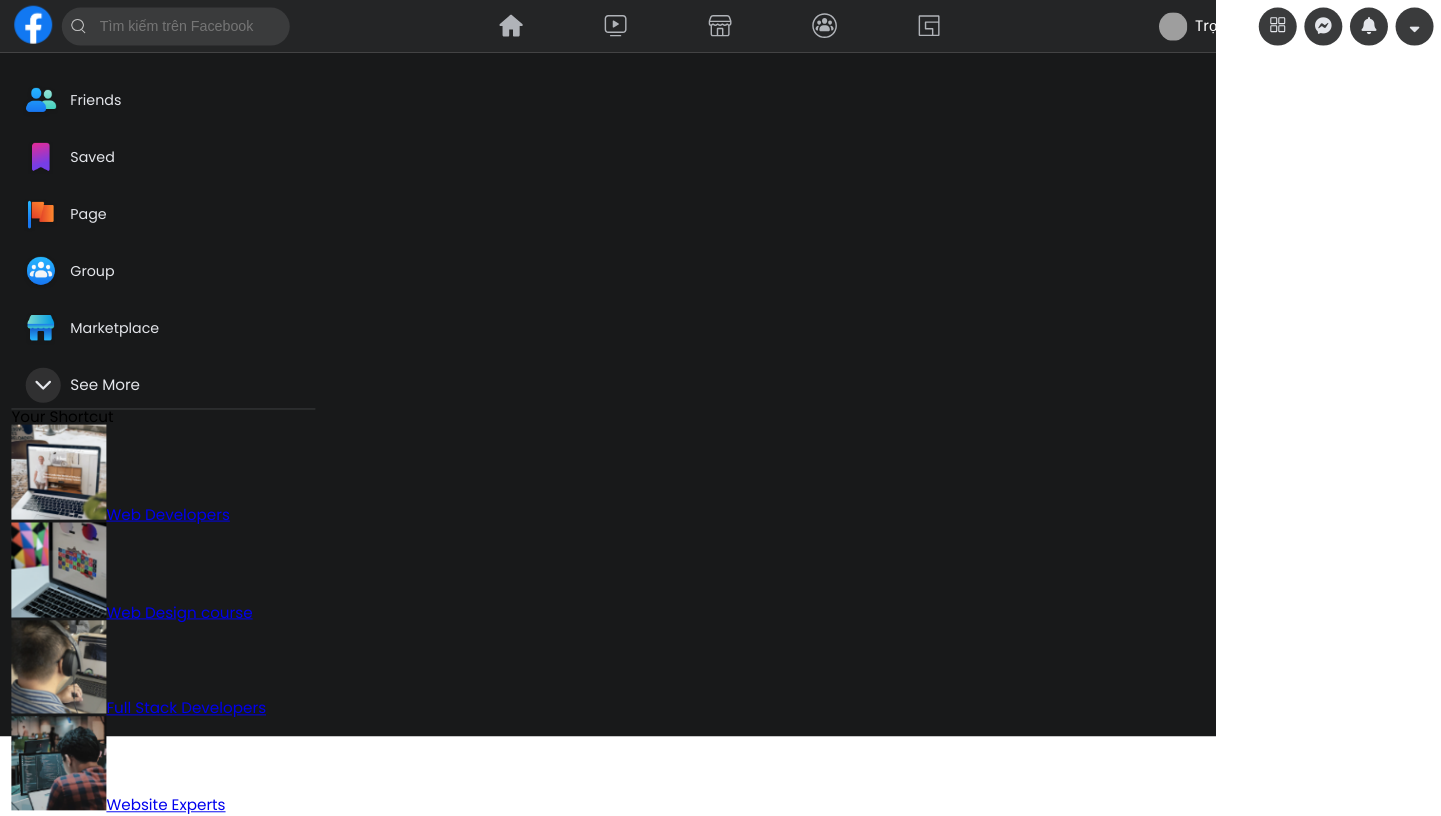
Repository: vanntrong/facebook-clone
Page: index.html
These files come from the project's save history. The page is drawn as it stood at one moment and after the next save; the edit follows.
The browser window is 1280 px wide. The page is 1517 px wide, so the pictures cover 1517 px, including what lies to the right of the window. The pictures show the whole page, at 95% of full size.
Pictures or frames that could not be fetched are drawn as grey boxes.

Above is the page before, as saved 2021-09-08 19:08:47.

### index.html
<!DOCTYPE html>
<html lang="en">
  <head>
    <meta charset="UTF-8" />
    <meta http-equiv="X-UA-Compatible" content="IE=edge" />
    <meta name="viewport" content="width=device-width, initial-scale=1.0" />
    <title>Facebook</title>
    <link rel="stylesheet" href="./assets/css/reset.css" />
    <link rel="stylesheet" href="./assets/css/base.css" />
    <link rel="stylesheet" href="./assets/css/style.css" />
    <link rel="stylesheet" href="./assets/fonts/fontawesome-free-5.15.4-web/css/all.css" />
    <script type="module" src="https://unpkg.com/ionicons@5.5.2/dist/ionicons/ionicons.esm.js"></script>
    <script nomodule src="https://unpkg.com/ionicons@5.5.2/dist/ionicons/ionicons.js"></script>
    <style>
      @import url("https://fonts.googleapis.com/css2?family=Poppins:wght@300;400;500;600;700&display=swap");
    </style>
  </head>
  <body>
    <!-- header -->
    <header class="header">
      <div class="header__nav-left">
        <div class="header__logo">
          <a href="" class="header__logo-link">
            <img src="./assets/images/logo.png" alt="Logo Facebook" class="header__logo-img" />
          </a>
        </div>
        <div class="header__search">
          <img src="./assets/images/search.png" class="header__search-img" />
          <input type="text" class="header__search-input" placeholder="Tìm kiếm trên Facebook" />
        </div>
      </div>

      <div class="header__nav-center">
        <ul class="header__nav-list">
          <li class="header__nav-item">
            <div class="header-item-link">
              <a href="#" class="header-item-icon">
                <svg viewBox="0 0 28 28" class="a8c37x1j ms05siws hwsy1cff b7h9ocf4 aaxa7vy3" height="28" width="28">
                  <path
                    d="M25.825 12.29C25.824 12.289 25.823 12.288 25.821 12.286L15.027 2.937C14.752 2.675 14.392 2.527 13.989 2.521 13.608 2.527 13.248 2.675 13.001 2.912L2.175 12.29C1.756 12.658 1.629 13.245 1.868 13.759 2.079 14.215 2.567 14.479 3.069 14.479L5 14.479 5 23.729C5 24.695 5.784 25.479 6.75 25.479L11 25.479C11.552 25.479 12 25.031 12 24.479L12 18.309C12 18.126 12.148 17.979 12.33 17.979L15.67 17.979C15.852 17.979 16 18.126 16 18.309L16 24.479C16 25.031 16.448 25.479 17 25.479L21.25 25.479C22.217 25.479 23 24.695 23 23.729L23 14.479 24.931 14.479C25.433 14.479 25.921 14.215 26.132 13.759 26.371 13.245 26.244 12.658 25.825 12.29"
                  ></path>
                </svg>
              </a>
            </div>
          </li>
          <li class="header__nav-item">
            <div class="header-item-link">
              <a href="#" class="header-item-icon">
                <svg viewBox="0 0 28 28" class="a8c37x1j ms05siws hwsy1cff b7h9ocf4 em6zcovv" height="28" width="28">
                  <path
                    d="M8.75 25.25C8.336 25.25 8 24.914 8 24.5 8 24.086 8.336 23.75 8.75 23.75L19.25 23.75C19.664 23.75 20 24.086 20 24.5 20 24.914 19.664 25.25 19.25 25.25L8.75 25.25ZM17.163 12.846 12.055 15.923C11.591 16.202 11 15.869 11 15.327L11 9.172C11 8.631 11.591 8.297 12.055 8.576L17.163 11.654C17.612 11.924 17.612 12.575 17.163 12.846ZM21.75 20.25C22.992 20.25 24 19.242 24 18L24 6.5C24 5.258 22.992 4.25 21.75 4.25L6.25 4.25C5.008 4.25 4 5.258 4 6.5L4 18C4 19.242 5.008 20.25 6.25 20.25L21.75 20.25ZM21.75 21.75 6.25 21.75C4.179 21.75 2.5 20.071 2.5 18L2.5 6.5C2.5 4.429 4.179 2.75 6.25 2.75L21.75 2.75C23.821 2.75 25.5 4.429 25.5 6.5L25.5 18C25.5 20.071 23.821 21.75 21.75 21.75Z"
                  ></path>
                </svg>
              </a>
            </div>
          </li>
          <li class="header__nav-item">
            <div class="header-item-link">
              <a href="#" class="header-item-icon">
                <svg viewBox="0 0 28 28" class="a8c37x1j ms05siws hwsy1cff b7h9ocf4 em6zcovv" height="28" width="28">
                  <path
                    d="M17.5 23.75 21.75 23.75C22.164 23.75 22.5 23.414 22.5 23L22.5 14 22.531 14C22.364 13.917 22.206 13.815 22.061 13.694L21.66 13.359C21.567 13.283 21.433 13.283 21.34 13.36L21.176 13.497C20.591 13.983 19.855 14.25 19.095 14.25L18.869 14.25C18.114 14.25 17.382 13.987 16.8 13.506L16.616 13.354C16.523 13.278 16.39 13.278 16.298 13.354L16.113 13.507C15.53 13.987 14.798 14.25 14.044 14.25L13.907 14.25C13.162 14.25 12.439 13.994 11.861 13.525L11.645 13.35C11.552 13.275 11.419 13.276 11.328 13.352L11.155 13.497C10.57 13.984 9.834 14.25 9.074 14.25L8.896 14.25C8.143 14.25 7.414 13.989 6.832 13.511L6.638 13.351C6.545 13.275 6.413 13.275 6.32 13.351L5.849 13.739C5.726 13.84 5.592 13.928 5.452 14L5.5 14 5.5 23C5.5 23.414 5.836 23.75 6.25 23.75L10.5 23.75 10.5 17.5C10.5 16.81 11.06 16.25 11.75 16.25L16.25 16.25C16.94 16.25 17.5 16.81 17.5 17.5L17.5 23.75ZM3.673 8.75 24.327 8.75C24.3 8.66 24.271 8.571 24.238 8.483L23.087 5.355C22.823 4.688 22.178 4.25 21.461 4.25L6.54 4.25C5.822 4.25 5.177 4.688 4.919 5.338L3.762 8.483C3.729 8.571 3.7 8.66 3.673 8.75ZM24.5 10.25 3.5 10.25 3.5 12C3.5 12.414 3.836 12.75 4.25 12.75L4.421 12.75C4.595 12.75 4.763 12.69 4.897 12.58L5.368 12.193C6.013 11.662 6.945 11.662 7.59 12.193L7.784 12.352C8.097 12.609 8.49 12.75 8.896 12.75L9.074 12.75C9.483 12.75 9.88 12.607 10.194 12.345L10.368 12.2C11.01 11.665 11.941 11.659 12.589 12.185L12.805 12.359C13.117 12.612 13.506 12.75 13.907 12.75L14.044 12.75C14.45 12.75 14.844 12.608 15.158 12.35L15.343 12.197C15.989 11.663 16.924 11.663 17.571 12.197L17.755 12.35C18.068 12.608 18.462 12.75 18.869 12.75L19.095 12.75C19.504 12.75 19.901 12.606 20.216 12.344L20.38 12.208C21.028 11.666 21.972 11.666 22.62 12.207L23.022 12.542C23.183 12.676 23.387 12.75 23.598 12.75 24.097 12.75 24.5 12.347 24.5 11.85L24.5 10.25ZM24 14.217 24 23C24 24.243 22.993 25.25 21.75 25.25L6.25 25.25C5.007 25.25 4 24.243 4 23L4 14.236C2.875 14.112 2 13.158 2 12L2 9.951C2 9.272 2.12 8.6 2.354 7.964L3.518 4.802C4.01 3.563 5.207 2.75 6.54 2.75L21.461 2.75C22.793 2.75 23.99 3.563 24.488 4.819L25.646 7.964C25.88 8.6 26 9.272 26 9.951L26 11.85C26 13.039 25.135 14.026 24 14.217ZM16 23.75 16 17.75 12 17.75 12 23.75 16 23.75Z"
                  ></path>
                </svg>
              </a>
            </div>
          </li>
          <li class="header__nav-item">
            <div class="header-item-link">
              <a href="#" class="header-item-icon">
                <svg viewBox="0 0 28 28" class="a8c37x1j ms05siws hwsy1cff b7h9ocf4 em6zcovv" height="28" width="28">
                  <path
                    d="M25.5 14C25.5 7.649 20.351 2.5 14 2.5 7.649 2.5 2.5 7.649 2.5 14 2.5 20.351 7.649 25.5 14 25.5 20.351 25.5 25.5 20.351 25.5 14ZM27 14C27 21.18 21.18 27 14 27 6.82 27 1 21.18 1 14 1 6.82 6.82 1 14 1 21.18 1 27 6.82 27 14ZM7.479 14 7.631 14C7.933 14 8.102 14.338 7.934 14.591 7.334 15.491 6.983 16.568 6.983 17.724L6.983 18.221C6.983 18.342 6.99 18.461 7.004 18.578 7.03 18.802 6.862 19 6.637 19L6.123 19C5.228 19 4.5 18.25 4.5 17.327 4.5 15.492 5.727 14 7.479 14ZM20.521 14C22.274 14 23.5 15.492 23.5 17.327 23.5 18.25 22.772 19 21.878 19L21.364 19C21.139 19 20.97 18.802 20.997 18.578 21.01 18.461 21.017 18.342 21.017 18.221L21.017 17.724C21.017 16.568 20.667 15.491 20.067 14.591 19.899 14.338 20.067 14 20.369 14L20.521 14ZM8.25 13C7.147 13 6.25 11.991 6.25 10.75 6.25 9.384 7.035 8.5 8.25 8.5 9.465 8.5 10.25 9.384 10.25 10.75 10.25 11.991 9.353 13 8.25 13ZM19.75 13C18.647 13 17.75 11.991 17.75 10.75 17.75 9.384 18.535 8.5 19.75 8.5 20.965 8.5 21.75 9.384 21.75 10.75 21.75 11.991 20.853 13 19.75 13ZM15.172 13.5C17.558 13.5 19.5 15.395 19.5 17.724L19.5 18.221C19.5 19.202 18.683 20 17.677 20L10.323 20C9.317 20 8.5 19.202 8.5 18.221L8.5 17.724C8.5 15.395 10.441 13.5 12.828 13.5L15.172 13.5ZM16.75 9C16.75 10.655 15.517 12 14 12 12.484 12 11.25 10.655 11.25 9 11.25 7.15 12.304 6 14 6 15.697 6 16.75 7.15 16.75 9Z"
                  ></path>
                </svg>
              </a>
            </div>
          </li>
          <li class="header__nav-item">
            <div class="header-item-link">
              <a href="#" class="header-item-icon">
                <svg viewBox="0 0 28 28" class="a8c37x1j ms05siws hwsy1cff b7h9ocf4 em6zcovv" height="28" width="28">
                  <path
                    d="M23.5 9.5H10.25a.75.75 0 00-.75.75v7c0 .414.336.75.75.75H17v5.5H4.5v-19h19v5zm0 14h-5v-6.25a.75.75 0 00-.75-.75H11V11h12.5v12.5zm1.5.25V4.25C25 3.561 24.439 3 23.75 3H4.25C3.561 3 3 3.561 3 4.25v19.5c0 .689.561 1.25 1.25 1.25h19.5c.689 0 1.25-.561 1.25-1.25z"
                  ></path>
                </svg>
              </a>
            </div>
          </li>
        </ul>
      </div>

      <div class="header__nav-right">
        <div class="header__nav-user">
          <img
            src="https://scontent.fsgn8-1.fna.fbcdn.net/v/t1.6435-1/p240x240/210197760_1699894010195731_8413836282276662202_n.jpg?_nc_cat=108&ccb=1-5&_nc_sid=7206a8&_nc_ohc=VyKzTsO_4DMAX9YWiV5&tn=ZfnwPn3exKDbVvbU&_nc_ht=scontent.fsgn8-1.fna&oh=88a15a829e8b30a39c7311926931e93a&oe=615D2151"
            class="header__nav-user-img"
          />
          <span class="header__nav-user-name">Trọng</span>
        </div>
        <div class="header__nav-menu">
          <ul class="header-menu-list">
            <li class="header-menu-item">
              <div class="header-menu-link">
                <a href="#" class="header-menu-icon">
                  <ion-icon name="grid-outline"></ion-icon>
                </a>
              </div>
            </li>
            <li class="header-menu-item">
              <div class="header-menu-link">
                <a href="#" class="header-menu-icon">
                  <i class="fab fa-facebook-messenger"></i>
                </a>
              </div>
            </li>
            <li class="header-menu-item">
              <div class="header-menu-link">
                <a href="#" class="header-menu-icon">
                  <i class="fas fa-bell"></i>
                </a>
              </div>
            </li>
            <li class="header-menu-item">
              <div class="header-menu-link">
                <a href="#" class="header-menu-icon">
                  <i class="fas fa-sort-down"></i>
                </a>
              </div>
            </li>
          </ul>
        </div>
      </div>
    </header>

    <!-- container -->
    <div class="app__container">
      <!-- left-sidebar -->
      <div class="left-sidebar">
        <div class="imp-links">
          <a class="imp-links-link" href="#"><img src="./assets/images/friends.png" />Friends</a>
          <a class="imp-links-link" href="#"><img src="./assets/images/saved.png" />Saved</a>
          <a class="imp-links-link" href="#"><img src="./assets/images/pages.png" />Page</a>
          <a class="imp-links-link" href="#"><img src="./assets/images/group.png" />Group</a>
          <a class="imp-links-link" href="#"><img src="./assets/images/marketplace.png" />Marketplace</a>
          <div class="sidebar-see-more">
            <div class="see-more-icon">
              <ion-icon name="chevron-down-outline"></ion-icon>
            </div>
            <span class="see-more-text">See More</span>
          </div>
        </div>

        <div class="shortcut-side">
          <p class="shortcut-text">Your Shortcut</p>
          <a href="#" class="shortcut-link"
            ><img src="./assets/images/shortcut-1.png" class="shortcut-img" />Web Developers</a
          >
          <a href="#" class="shortcut-link"
            ><img src="./assets/images/shortcut-2.png" class="shortcut-img" />Web Design course</a
          >
          <a href="#" class="shortcut-link"
            ><img src="./assets/images/shortcut-3.png" class="shortcut-img" />Full Stack Developers</a
          >
          <a href="#" class="shortcut-link"
            ><img src="./assets/images/shortcut-4.png" class="shortcut-img" />Website Experts</a
          >
        </div>
      </div>
      <div class="main-content"></div>
      <div class="right-sidebar"></div>
    </div>

    <footer class="footer"></footer>
  </body>
</html>

### assets/css/base.css
:root {
  --primary-color: #242526;
}

html {
  font-family: "Poppins", sans-serif;
}

* {
  box-sizing: border-box;
}

### assets/css/style.css
.header {
  display: flex;
  align-items: center;
  height: 55px;
  background-color: var(--primary-color);
}

.header__nav-left {
  display: flex;
  align-items: center;
  height: 100%;
}

.header__logo {
  margin-left: 15px;
  margin-right: 10px;
}

.header__logo-link {
  text-decoration: none;
  color: transparent;
}

.header__logo-img {
  width: 40px;
  height: 40px;
}

.header__search {
  background-color: #3a3b3c;
  width: 240px;
  height: 40px;
  border-radius: 20px;
  display: flex;
  align-items: center;
  color: #9ea1a6;
}
.header__search-img {
  width: 15px;
  margin: 10px;
}
.header__search-input {
  width: 100%;
  color: #fff;
  font-weight: 300;
  font-size: 15px;
  background-color: transparent;
  outline: none;
  padding: 0 5px;
  border: 0;
}

.header__nav-center {
  width: 545px;
  height: 100%;
  margin: 0 160px;
}

.header__nav-list {
  display: flex;
  align-items: center;
  list-style: none;
  height: 100%;
}

.header__nav-item {
  width: 110px;
  height: 100%;
  padding: 0 20px;
}

.header-item-link {
  width: 105px;
  height: 53px;
  align-items: center;
  justify-content: center;
  transition: height linear 0.1s;
}

.header-item-link:hover {
  background-color: #4d4c4c;
  border-radius: 10px;
}

.header-item-icon {
  color: #fff;
  fill: #b0b3b8;
  width: 100%;
  height: 100%;
  display: flex;
  align-items: center;
  justify-content: center;
}

.header__nav-right {
  display: flex;
  align-items: center;
  flex: 1;
  height: 100%;
  margin-left: 50px;
}

.header__nav-user {
  display: flex;
  align-items: center;
  margin-right: 20px;
  width: 85px;
  height: 40px;
}

.header__nav-user:hover {
  background-color: #3a3b3c;
  border-radius: 20px;
}

.header__nav-user-img {
  width: 30px;
  height: 30px;
  border-radius: 50%;
}

.header__nav-user-name {
  color: #fff;
  font-size: 16px;
  padding-left: 8px;
  cursor: pointer;
}

.header__nav-menu {
}

.header-menu-list {
  display: flex;
  align-items: center;
  justify-content: space-between;
}

.header-menu-link {
  display: flex;
  align-items: center;
  justify-content: center;
  font-size: 18px;
  margin: 0 8px 0 0;
  background-color: #3a3b3c;
  width: 40px;
  height: 40px;
  border-radius: 50%;
}

.header-menu-link:hover {
  background-color: #595b5c;
}

.header-menu-icon {
  color: #e4e6eb;
  display: block;
}

/* container */
.app__container {
  display: flex;
  justify-content: space-between;
  padding: 25px 0;
  background-color: #18191a;
  height: 100vh;
}

.left-sidebar {
  flex-basis: 25%;
  position: relative;
  margin-left: 12px;
}

.imp-links {
  display: flex;
  flex-direction: column;
  position: relative;
  border-bottom: 1px solid #3e4042;
}

.imp-links-link {
  height: 50px;
  width: 100%;
  font-size: 15px;
  color: #e4e6eb;
  text-decoration: none;
  margin-bottom: 10px;
  display: flex;
  align-items: center;
}

.imp-links-link:hover {
  background-color: rgba(255, 255, 255, 0.1);
  border-radius: 10px;
  cursor: pointer;
}

.imp-links a img {
  width: 38px;
  height: 38px;
  margin: 0 12px;
}

.sidebar-see-more {
  color: #e4e6eb;
  display: flex;
  align-items: center;
  width: 100%;
  height: 50px;
}

.sidebar-see-more:hover {
  background-color: rgba(255, 255, 255, 0.1);
  border-radius: 10px;
  cursor: pointer;
}

.see-more-icon {
  font-size: 25px;
  width: 37px;
  height: 37px;
  display: flex;
  align-items: center;
  justify-content: center;
  /* margin: 0 15px; */
  margin-left: 15px;
  margin-right: 10px;
  background-color: #303031;
  border-radius: 50%;
}

.main-content {
  flex-basis: 47%;
}

.right-sidebar {
  flex-basis: 25%;
}

Loaded but not shown: assets/css/reset.css (common file); assets/fonts/fontawesome-free-5.15.4-web/css/all.css (library)

After the next save:
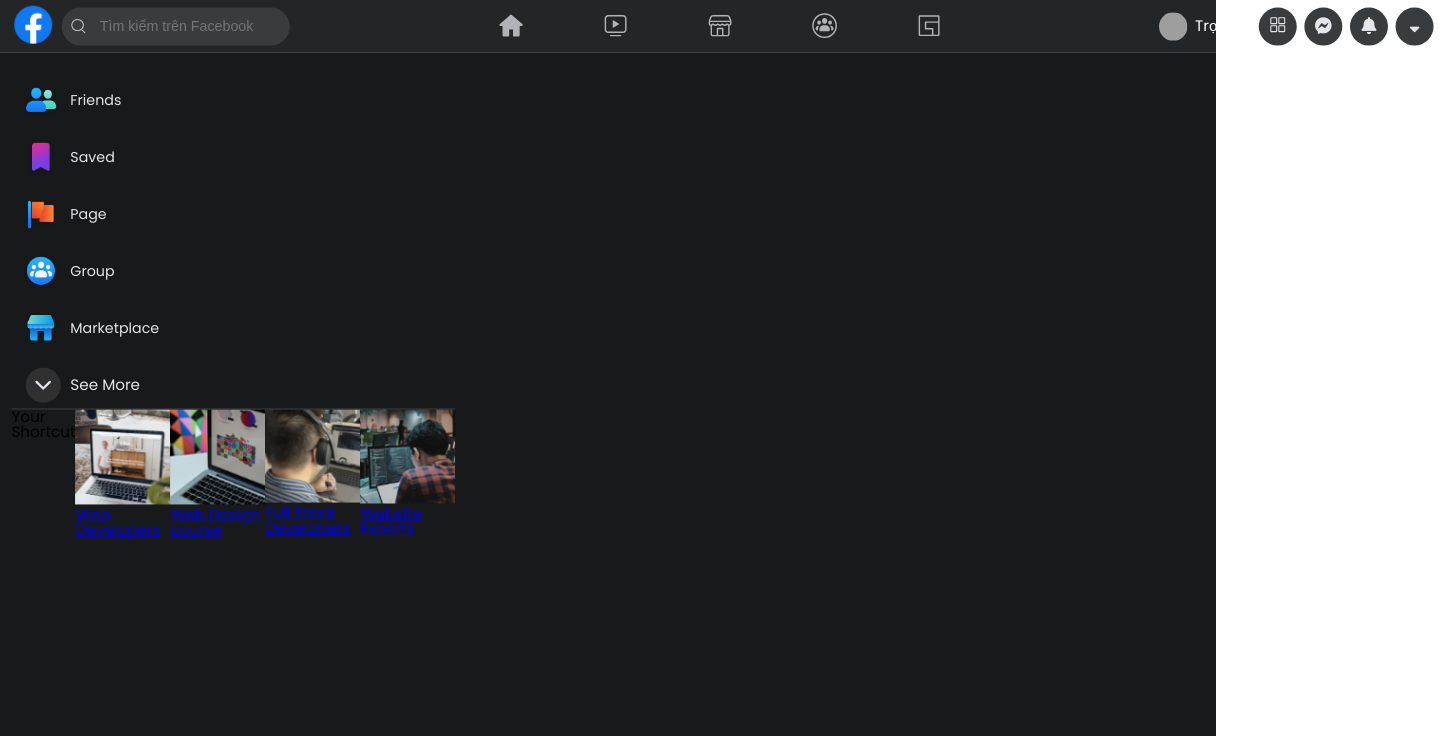
Saved 48 s later.
--- a/assets/css/style.css
+++ b/assets/css/style.css
@@ -229,6 +229,10 @@
   border-radius: 50%;
 }
 
+.shortcut-side {
+  display: flex;
+}
+
 .main-content {
   flex-basis: 47%;
 }

After the save that followed:
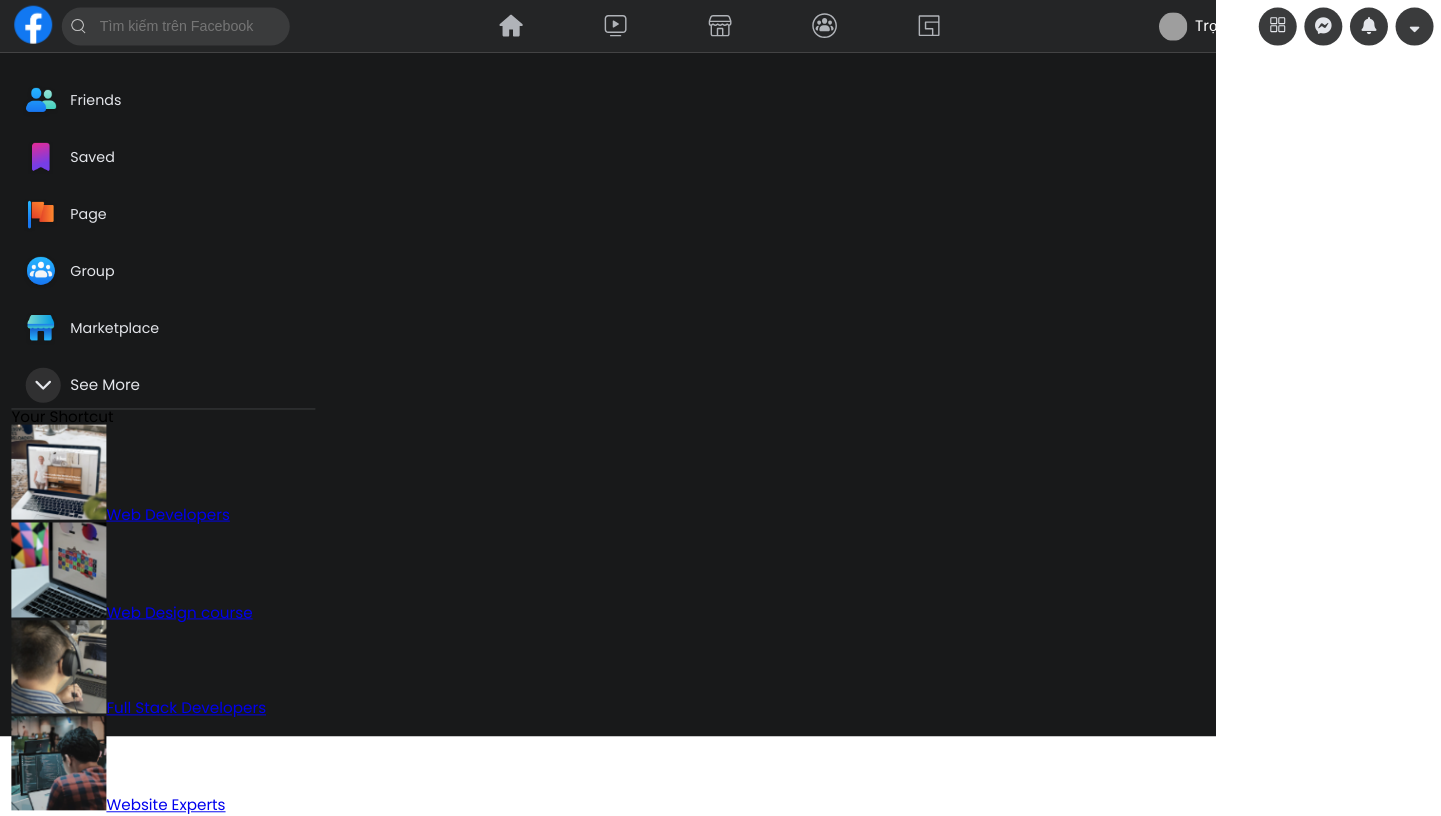
Saved 10 s later.
--- a/assets/css/style.css
+++ b/assets/css/style.css
@@ -231,6 +231,7 @@
 
 .shortcut-side {
   display: flex;
+  flex-direction: column;
 }
 
 .main-content {
